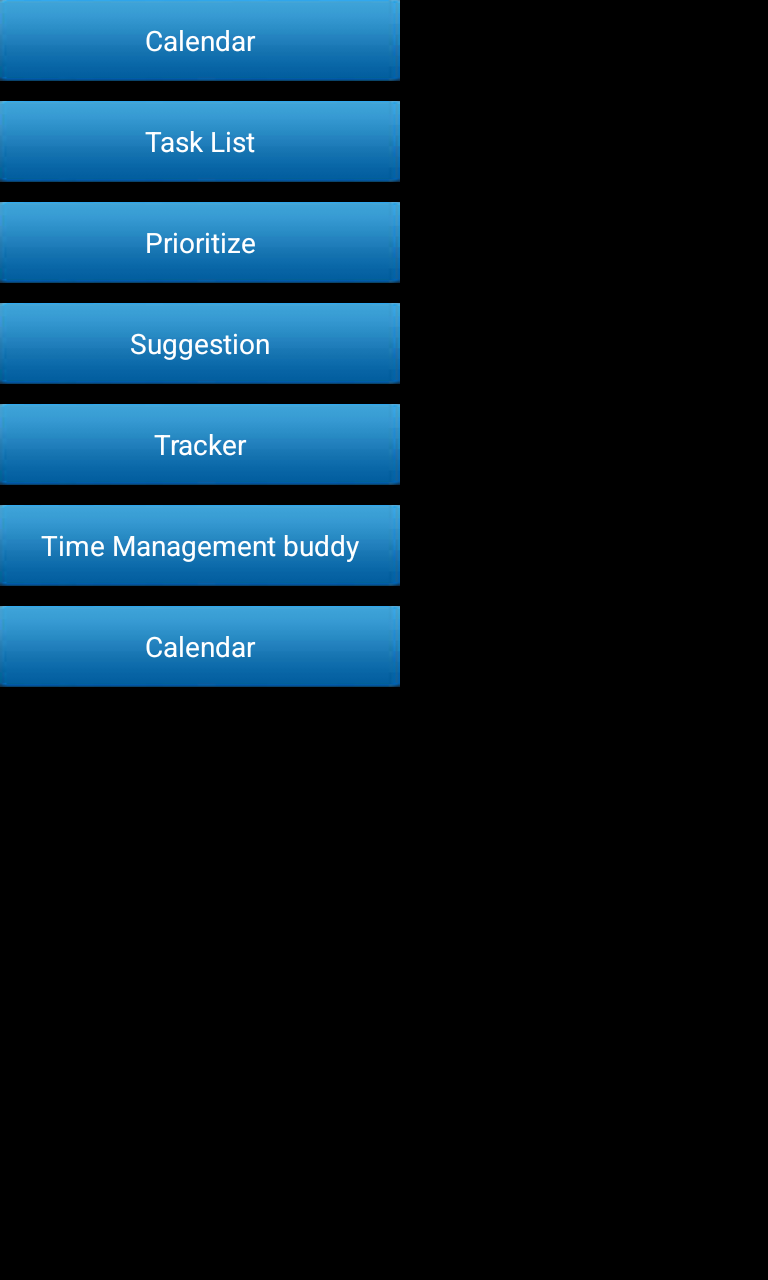
Repository: jSwati98/Android-Projects
Layout: TimeManagementBuddy/res/layout/home.xml
The author's editor kept a copy of each file at every save. The layout is drawn from the files as they stood at one save, then again after the next save.
It is drawn on a 768 x 1280 px phone screen (xhdpi) without system bars, with theme android:Theme; the app's code is not run. The app's manifest (not shown) leaves right-to-left support off. So textAlignment, textDirection and layoutDirection are ignored, and left and right values win over start and end ones.

Above is the layout before, as saved 2015-01-05 00:45:04.

### TimeManagementBuddy/res/layout/home.xml
<?xml version="1.0" encoding="utf-8"?>
<ScrollView
	xmlns:android="http://schemas.android.com/apk/res/android"
	android:layout_width="fill_parent"
	android:layout_height="fill_parent">
	<LinearLayout
		android:orientation="vertical"
		android:layout_width="fill_parent"
		android:layout_height="fill_parent">

<Button
        android:id="@+id/createTaskButton"
        android:layout_width="200dp"
        android:layout_height="wrap_content"
        android:layout_alignParentLeft="false"
        android:layout_alignParentStart="false"
        android:layout_alignParentTop="false"
        android:layout_centerInParent="true"
        android:layout_marginBottom="10dp"
        android:background="@drawable/button_1"
        android:bottomLeftRadius="10dp"
        android:bottomRightRadius="10dp"
        android:text="Calendar"
        android:textColor="@android:color/white"
        android:topLeftRadius="10dp"
        android:topRightRadius="10dp" />
<Button
        android:id="@+id/showTaskButton"
        android:layout_width="200dp"
        android:layout_height="wrap_content"
        android:layout_alignParentLeft="false"
        android:layout_alignParentStart="false"
        android:layout_alignParentTop="false"
        android:layout_centerInParent="true"
        android:layout_marginBottom="10dp"
        android:background="@drawable/button_1"
        android:bottomLeftRadius="10dp"
        android:bottomRightRadius="10dp"
        android:text="Task List"
        android:textColor="@android:color/white"
        android:topLeftRadius="10dp"
        android:topRightRadius="10dp" />
<Button
        android:id="@+id/prioritizeButton"
        android:layout_width="200dp"
        android:layout_height="wrap_content"
        android:layout_alignBottom="@id/createTaskButton"
        android:layout_alignParentLeft="false"
        android:layout_alignParentStart="false"
        android:layout_alignParentTop="false"
        android:layout_centerInParent="true"
        android:layout_marginBottom="10dp"
        android:background="@drawable/button_1"
        android:bottomLeftRadius="10dp"
        android:bottomRightRadius="10dp"
        android:text="Prioritize"
        android:textColor="@android:color/white"
        android:topLeftRadius="10dp"
        android:topRightRadius="10dp" />
<Button
        android:id="@+id/suggestionButton"
        android:layout_width="200dp"
        android:layout_height="wrap_content"
        android:layout_alignBottom="@id/prioritizeButton"
        android:layout_alignParentLeft="false"
        android:layout_alignParentStart="false"
        android:layout_alignParentTop="false"
        android:layout_centerInParent="true"
        android:layout_marginBottom="10dp"
        android:background="@drawable/button_1"
        android:bottomLeftRadius="10dp"
        android:bottomRightRadius="10dp"
        android:text="Suggestion"
        android:textColor="@android:color/white"
        android:topLeftRadius="10dp"
        android:topRightRadius="10dp" />

<Button
        android:id="@+id/trackerButton"
        android:layout_width="200dp"
        android:layout_height="wrap_content"
        android:layout_alignParentLeft="false"
        android:layout_alignParentStart="false"
        android:layout_alignParentTop="false"
        android:layout_centerInParent="true"
        android:layout_marginBottom="10dp"
        android:background="@drawable/button_1"
        android:bottomLeftRadius="10dp"
        android:bottomRightRadius="10dp"
        android:text="Tracker"
        android:textColor="@android:color/white"
        android:topLeftRadius="10dp"
        android:topRightRadius="10dp" />



<Button
        android:id="@+id/timeButton"
        android:layout_width="200dp"
        android:layout_height="wrap_content"
        android:layout_alignParentLeft="false"
        android:layout_alignParentStart="false"
        android:layout_alignParentTop="false"
        android:layout_centerInParent="true"
        android:layout_marginBottom="10dp"
        android:background="@drawable/button_1"
        android:bottomLeftRadius="10dp"
        android:bottomRightRadius="10dp"
        android:text="Time Management buddy"
        android:textColor="@android:color/white"
        android:topLeftRadius="10dp"
        android:topRightRadius="10dp" />
<Button
        android:id="@+id/voicecontrols"
        android:layout_width="200dp"
        android:layout_height="wrap_content"
        android:layout_alignParentLeft="false"
        android:layout_alignParentStart="false"
        android:layout_alignParentTop="false"
        android:layout_centerInParent="true"
        android:layout_marginBottom="10dp"
        android:background="@drawable/button_1"
        android:bottomLeftRadius="10dp"
        android:bottomRightRadius="10dp"
        android:text="Calendar"
        android:textColor="@android:color/white"
        android:topLeftRadius="10dp"
        android:topRightRadius="10dp" />
</LinearLayout>
</ScrollView>

After the next save:
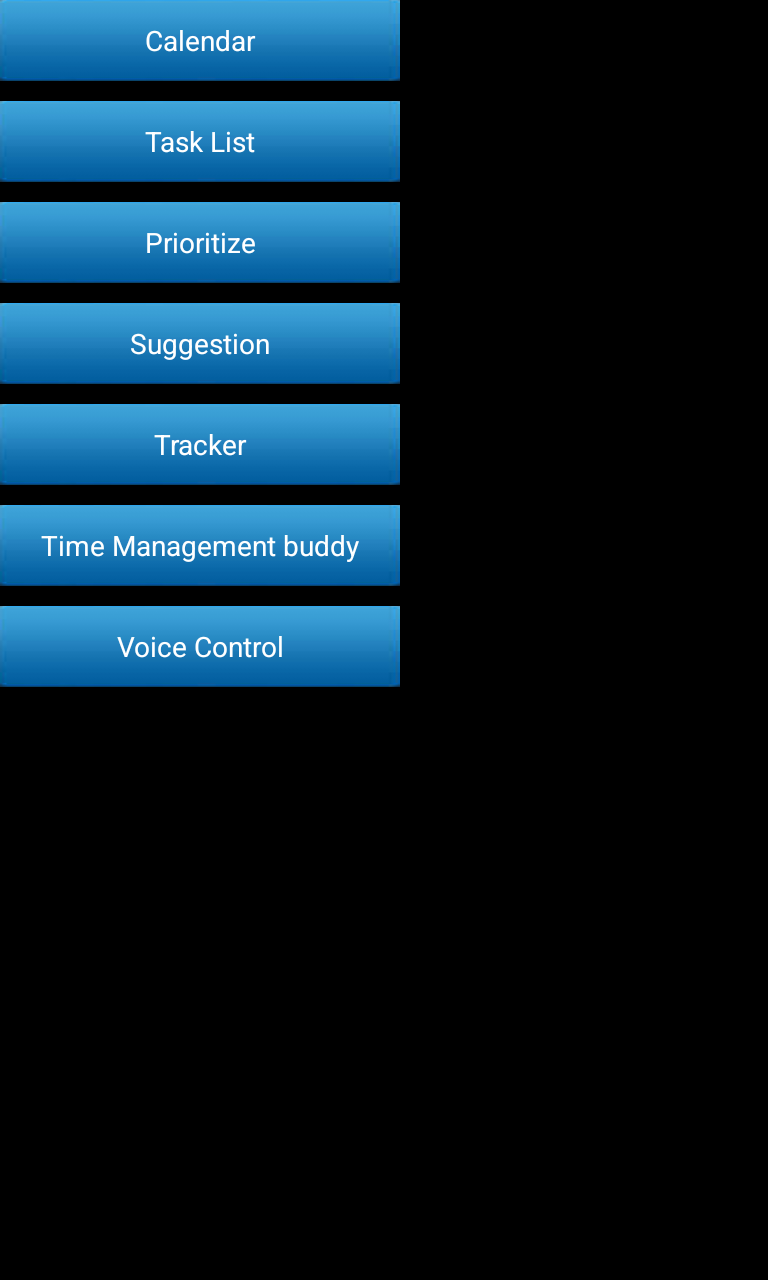
Saved 23 s later.
--- a/TimeManagementBuddy/res/layout/home.xml
+++ b/TimeManagementBuddy/res/layout/home.xml
@@ -122,7 +122,7 @@
         android:background="@drawable/button_1"
         android:bottomLeftRadius="10dp"
         android:bottomRightRadius="10dp"
-        android:text="Calendar"
+        android:text="Voice Control"
         android:textColor="@android:color/white"
         android:topLeftRadius="10dp"
         android:topRightRadius="10dp" />
